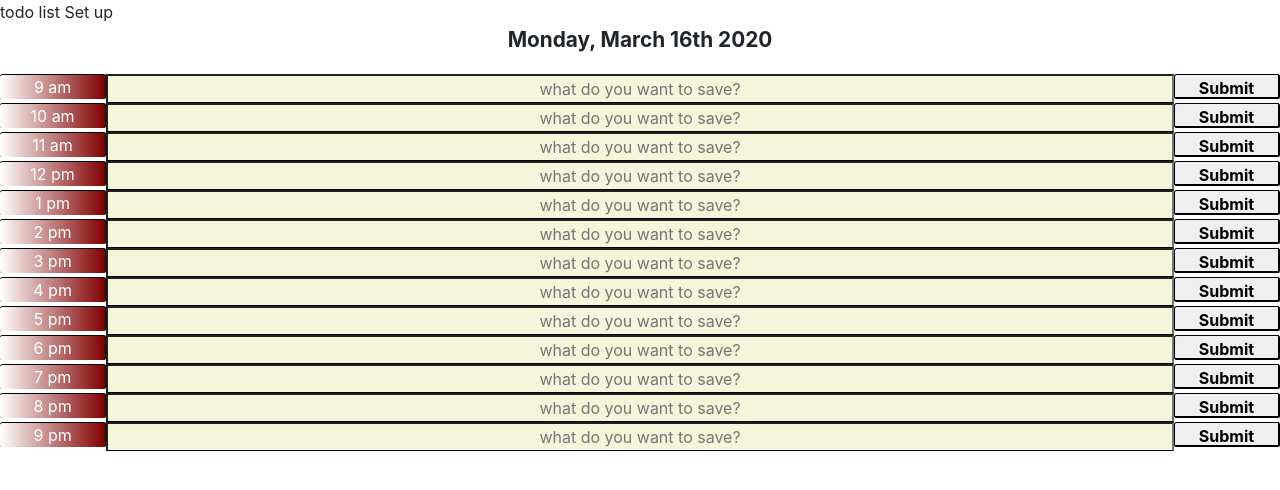
Repository: kkyler24/DayPlanner
Page: Index.html
The author's editor kept a copy of each file at every save. The page is drawn from the files as they stood at one save, then again after the next save.
The browser window is 1280 px wide. The pictures show the whole page.
Some web libraries are served in a nearby version.

Above is the page before, as saved 2020-03-29 21:19:49.

After the next save:
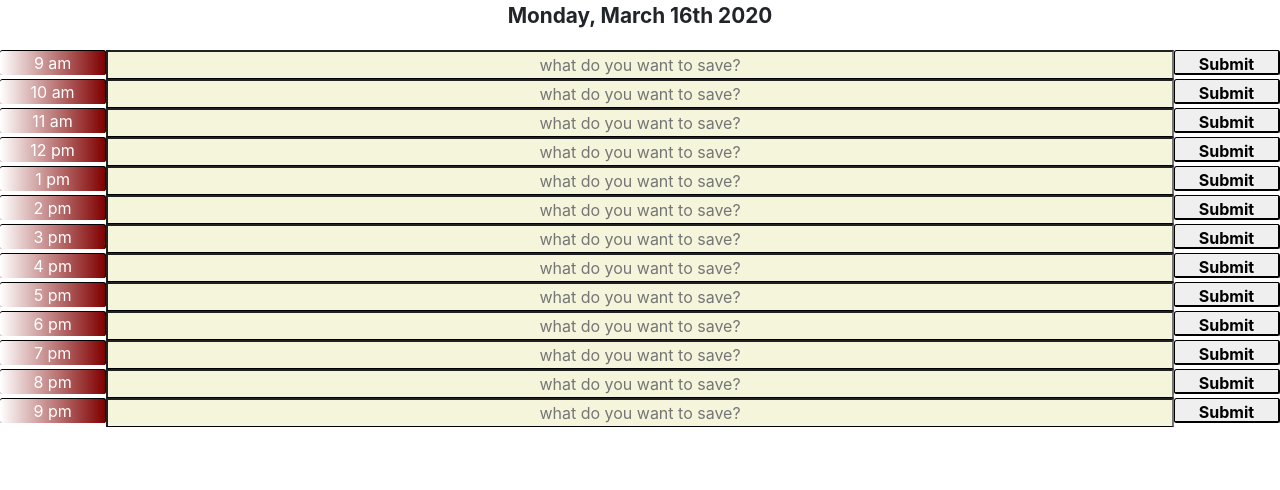
Saved 2 min 27 s later.
--- a/Index.html
+++ b/Index.html
@@ -11,8 +11,8 @@
 </head>
 <body>
 <Main>
-todo list Set up
-<!--Todolist  -->
+
+<!--Todolist todo list Set up -->
 <Div style="display: none">
 <Section>
     <div id="ContainerTodo">
